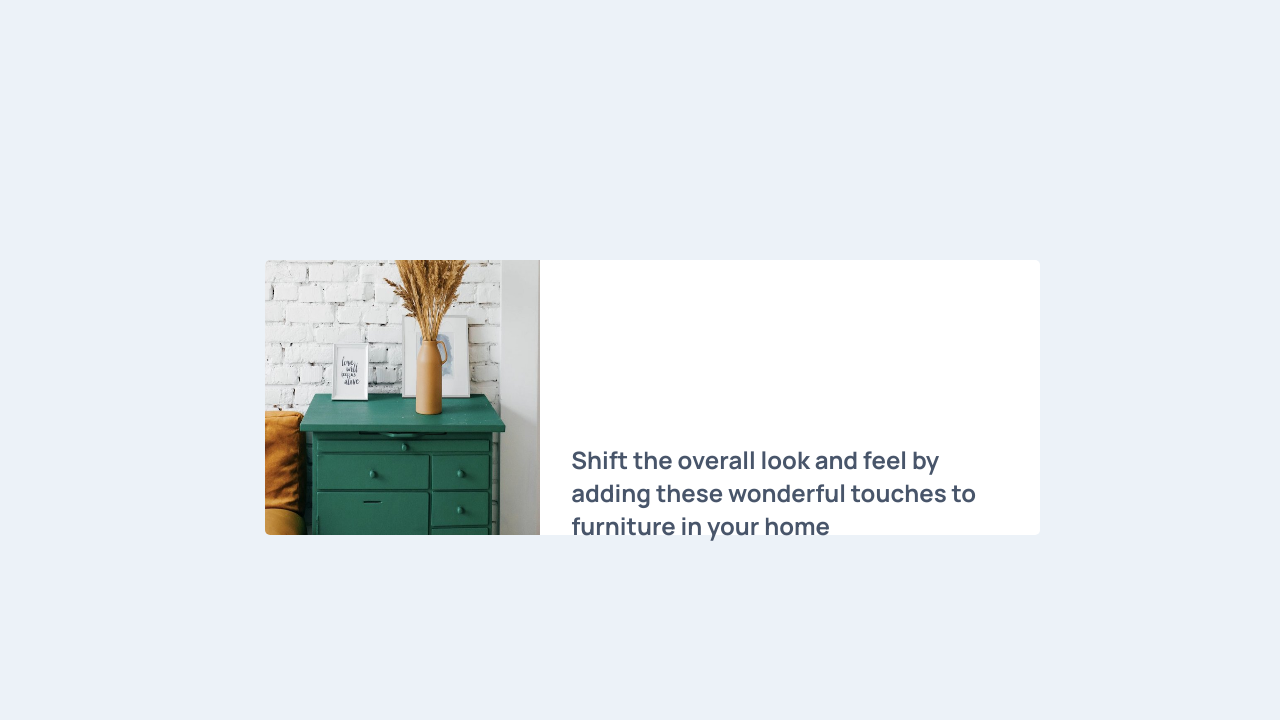
Repository: ricky603/training-css
Page: article-preview-component-master/index.html
These files come from the project's save history. The page is drawn as it stood at one moment and after the next save; the edit follows.
The browser window is 1280 px wide. The pictures show the whole page.

Above is the page before, as saved 2020-09-09 08:28:56.

### article-preview-component-master/index.html
<!DOCTYPE html>
<html lang="en">

<head>
    <meta charset="UTF-8">
    <meta name="viewport" content="width=device-width, initial-scale=1.0">
    <!-- displays site properly based on user's device -->

    <link rel="icon" type="image/png" sizes="32x32" href="./images/favicon-32x32.png">
    <link rel="stylesheet" href="./styles.css">
    <link href="https://fonts.googleapis.com/css2?family=Manrope:wght@500;700&display=swap" rel="stylesheet">

    <title>Frontend Mentor | Article preview component</title>

    <!-- Feel free to remove these styles or customise in your own stylesheet 👍 -->
</head>

<body>
    <div class="article">
        <div id="image">
            <img src="./images/drawers.jpg" class="drawer">
        </div>

        <div class="post">
            <div class="head">
                <h2>Shift the overall look and feel by adding these wonderful touches to furniture in your home</h2>
            </div>
        </div>
    </div>


</body>

</html>

<!--

  Ever been in a room and felt like something was missing? Perhaps
  it felt slightly bare and uninviting. I’ve got some simple tips
  to help you make any room feel complete.

  Michelle Appleton
  28 Jun 2020

  Share -->

### article-preview-component-master/styles.css
body {
    background-color: hsl(210, 46%, 95%);
}

h2 {
    font-family: 'Manrope';
    font-weight: 700;
}

#image {
    display: inline-block;
}

.post {
    display: inline-block;
    width: 57%;
    margin: 3.5%;
}

.head {
    display: inline-block;
    color: hsl(217, 19%, 35%);
}

.article {
    position: fixed;
    width: 775px;
    height: 275px;
    background-color: white;
    margin: auto;
    top: 50%;
    left: 50%;
    margin-top: -100px;
    margin-left: -375px;
    border-radius: 5px;
}

.drawer {
    width: 275px;
    height: 275px;
    border-radius: 5px 0 0 5px;
}

.attribution {
    font-size: 11px;
    text-align: center;
}

.attribution a {
    color: hsl(228, 45%, 44%);
}

After the next save:
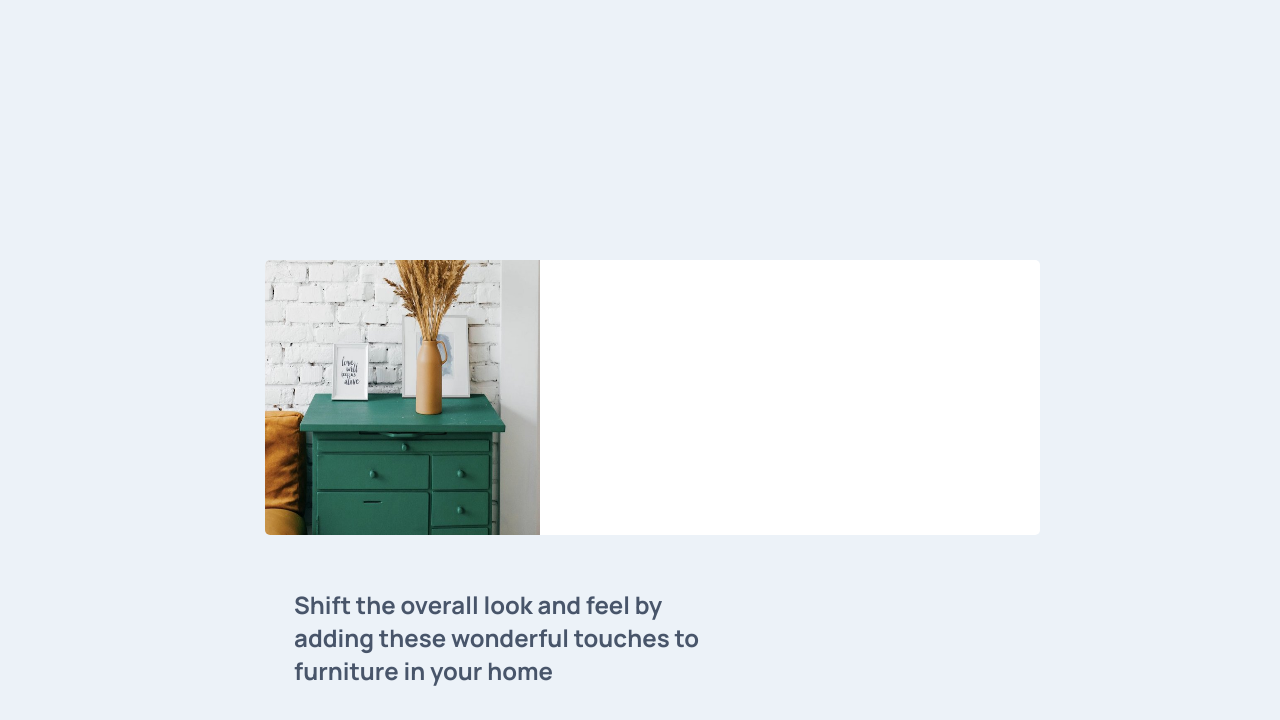
Saved 5 s later.
--- a/article-preview-component-master/styles.css
+++ b/article-preview-component-master/styles.css
@@ -14,7 +14,7 @@
 .post {
     display: inline-block;
     width: 57%;
-    margin: 3.5%;
+    margin: 3.75%;
 }
 
 .head {

After the save that followed:
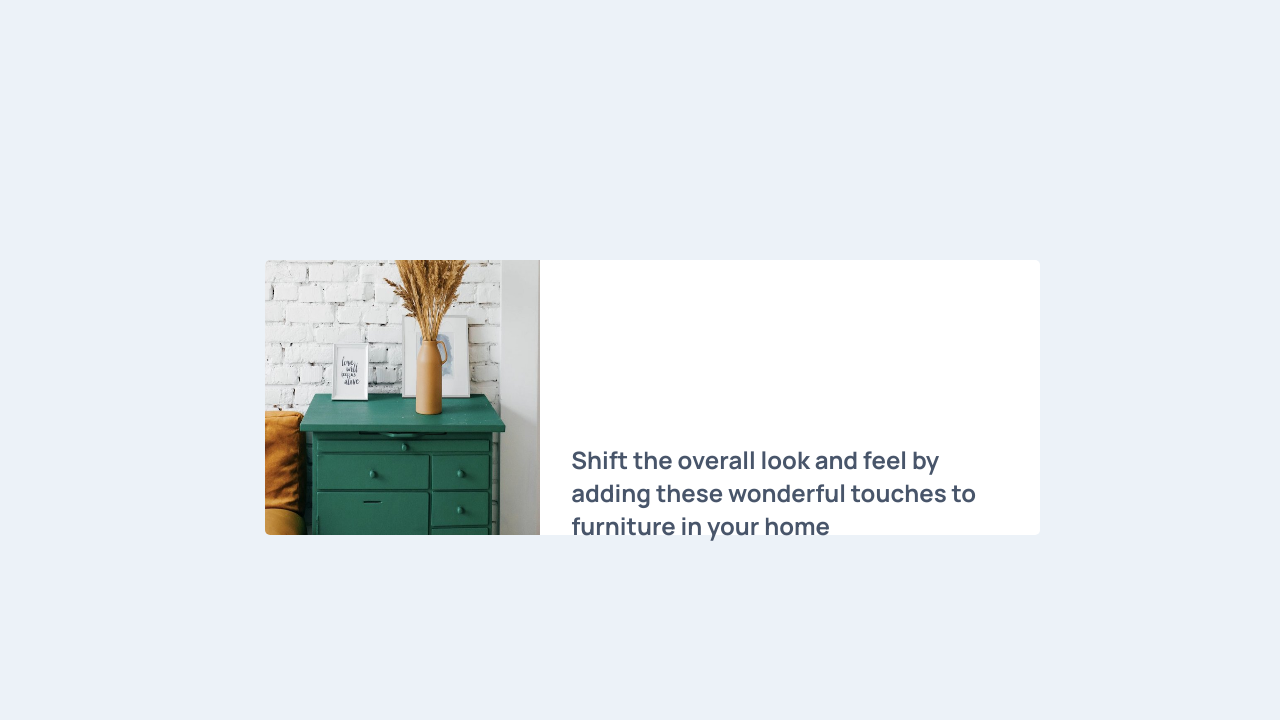
Saved 16 s later.
--- a/article-preview-component-master/styles.css
+++ b/article-preview-component-master/styles.css
@@ -14,7 +14,7 @@
 .post {
     display: inline-block;
     width: 57%;
-    margin: 3.75%;
+    margin: 3.5%;
 }
 
 .head {
